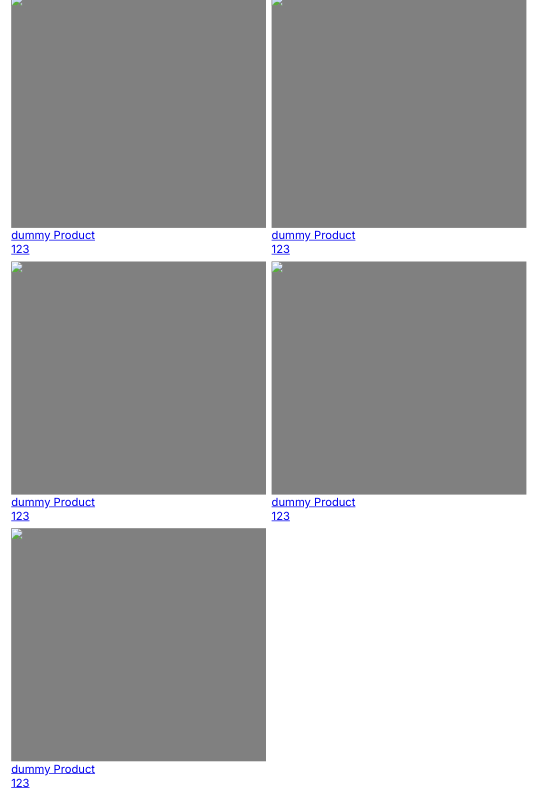
Repository: David-Waite/ecommercefrontendTemplate
Page: /
These files come from the project's save history. The page is drawn as it stood at one moment and after the next save; the edit follows.
The browser window is 768 px wide. The pictures show the part of the page from y = 822 to 3062 px (the page is 1949 px tall before and 3062 px after), at 70% of full size.
The project was rebuilt for these pictures with package versions that can differ from the ones it lists, and the page was loaded fresh each time. The framework's server and built-in components were replaced by stand-ins that run in the browser. Also part of the build but not shown: next.config.js.

Above is the page before, as saved 2023-08-24 20:06:20.

After the next save:
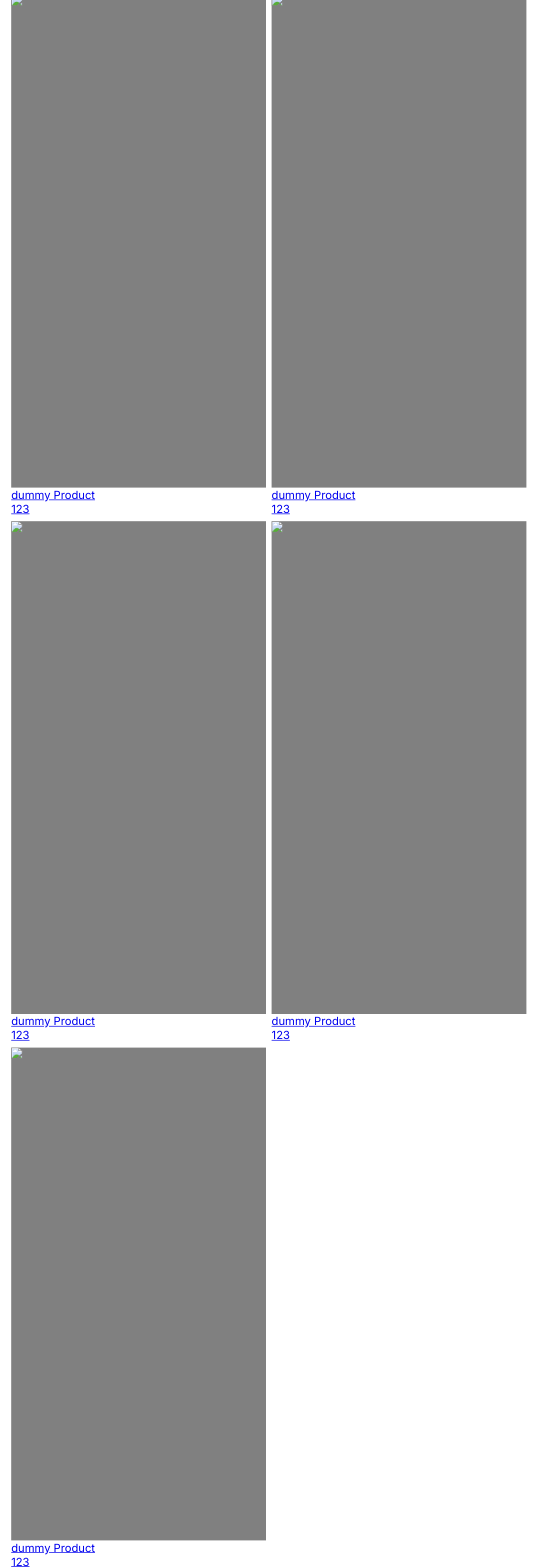
Saved 7 s later.
--- a/app/Components/UI/ProductCard/ProductCard.module.css
+++ b/app/Components/UI/ProductCard/ProductCard.module.css
@@ -11,10 +11,3 @@
     /* (total view width / amount of padding total (container + total gap)) / amount of col - 3 * 2) */
   }
 }
-
-@media (max-width: 1000px) {
-  .imageContainer {
-    height: calc((((100vw - 102px) / 2) / 3) * 3);
-    /* (total view width / amount of padding total (container + total gap)) / amount of col - 3 * 2) */
-  }
-}
